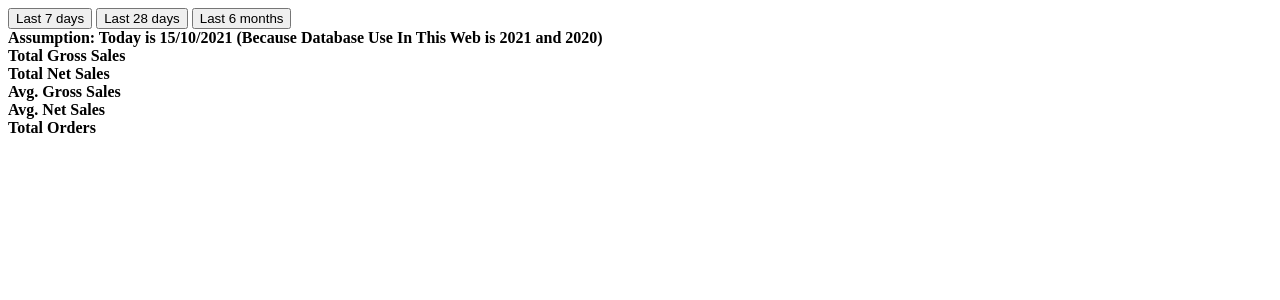
Repository: quockhuongtrann/Ecommerce-Website-With-Spring-Framework
Page: http://localhost/reports/sales_report_by_date
The author's editor kept a copy of each file at every save. The page is drawn from the files as they stood at one save, then again after the next save.
The browser window is 1280 px wide. The pictures show the whole page.
The page is this project's Thymeleaf template; nobody is signed in. The template is opened directly, without the code that normally fills it, so the values that code supplies are empty.

Above is the page before, as saved 2023-01-18 12:04:38.

### ShopTqkProject/ShopTqkWebParent/ShopTqkBackend/src/main/resources/templates/reports/sales_report_by_date.html
<!DOCTYPE html>
<html xmlns:th="http://www.thymeleaf.org">
<body>
<div th:fragment="content" th:remove="tag">
	<div>
		<button period="last_7_days" class="btn btn-primary button-sales-by-date m-1">Last 7 days</button>
		<button period="last_28_days" class="btn btn-light button-sales-by-date m-1">Last 28 days</button>
		<button period="last_6_months" class="btn btn-light button-sales-by-date m-1">Last 6 months</button>
		<div><b>Assumption: Today is 15/10/2021 (Because Database Use In This Web is 2021 and 2020)</b></div>
	</div>

	<div id="chart_sales_by_date" class="justify-content-center mt-3">

	</div>

	<div class="row justify-content-center">
		<div class="col-2-sm">
			<div class="card">
				<div class="card-header"><b>Total Gross Sales</b></div>
				<div class="card-body">
					<span class="h3" id="textTotalGrossSales"></span>
				</div>
			</div>
		</div>

		<div class="col-2-sm">
			<div class="card">
				<div class="card-header"><b>Total Net Sales</b></div>
				<div class="card-body">
					<span class="h3" id="textTotalNetSales"></span>
				</div>
			</div>
		</div>

		<div class="col-2-sm">
			<div class="card">
				<div class="card-header"><b>Avg. Gross Sales</b></div>
				<div class="card-body">
					<span class="h3" id="textAvgGrossSales"></span>
				</div>
			</div>
		</div>

		<div class="col-2-sm">
			<div class="card">
				<div class="card-header"><b>Avg. Net Sales</b></div>
				<div class="card-body">
					<span class="h3" id="textAvgNetSales"></span>
				</div>
			</div>
		</div>

		<div class="col-2-sm">
			<div class="card">
				<div class="card-header"><b>Total Orders</b></div>
				<div class="card-body">
					<span class="h3" id="textTotalOrders"></span>
				</div>
			</div>
		</div>
	</div>
</div>

</body>
</html>

After the next save:
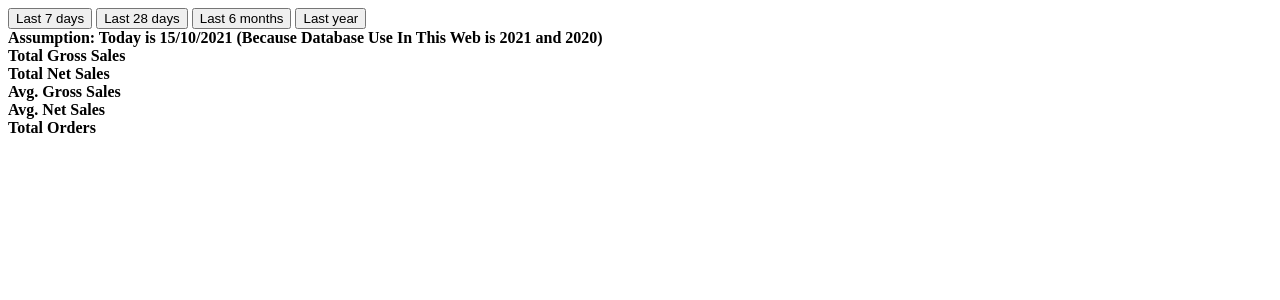
Saved 4 min 36 s later.
--- a/ShopTqkProject/ShopTqkWebParent/ShopTqkBackend/src/main/resources/templates/reports/sales_report_by_date.html
+++ b/ShopTqkProject/ShopTqkWebParent/ShopTqkBackend/src/main/resources/templates/reports/sales_report_by_date.html
@@ -6,6 +6,7 @@
 		<button period="last_7_days" class="btn btn-primary button-sales-by-date m-1">Last 7 days</button>
 		<button period="last_28_days" class="btn btn-light button-sales-by-date m-1">Last 28 days</button>
 		<button period="last_6_months" class="btn btn-light button-sales-by-date m-1">Last 6 months</button>
+		<button period="last_year" class="btn btn-light button-sales-by-date m-1">Last year</button>
 		<div><b>Assumption: Today is 15/10/2021 (Because Database Use In This Web is 2021 and 2020)</b></div>
 	</div>
 
